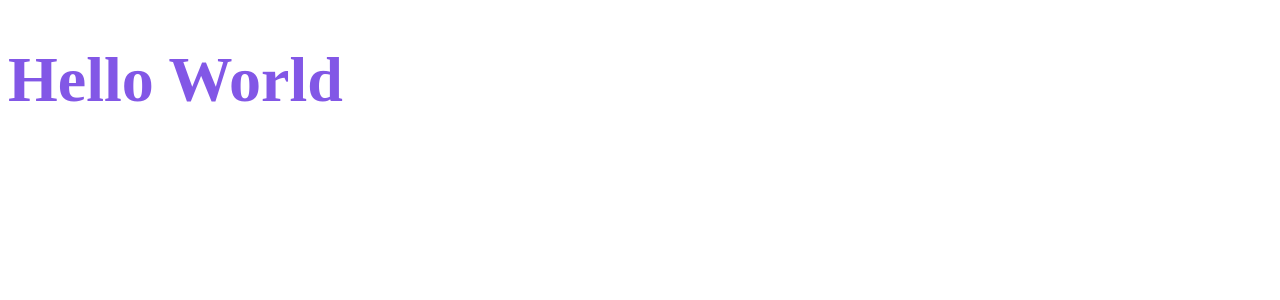
Repository: crbveiga/React
Page: / (app in RocketSeat/dtmoney/)
An editor plug-in stored every save of this project. The page is shown before and after the next save, followed by the edit.
The browser window is 1280 px wide. The pictures show the whole page.
The project was rebuilt for these pictures with package versions that can differ from the ones it lists, and the page was loaded fresh each time.

Above is the page before, as saved 2021-12-05 02:50:36.

### RocketSeat/dtmoney/public/index.html
<!DOCTYPE html>
<html lang="en">
<head>
    <meta charset="UTF-8">
    <meta name="viewport" content="width=device-width, initial-scale=1.0">
    <title>DT MONEY</title>
</head>
<body>
    <div id="root">

    </div>


</body>
</html>

### RocketSeat/dtmoney/src/App.tsx
import styled from 'styled-components'


const Title = styled.h1`
  font-size: 64px;
  color: #8257e6;
`

export function App() {
  return (
    <div className="App">
      <Title> Hello World </Title>
    </div>
  );
}

Loaded but not shown: RocketSeat/dtmoney/src/index.tsx (common file)

After the next save:
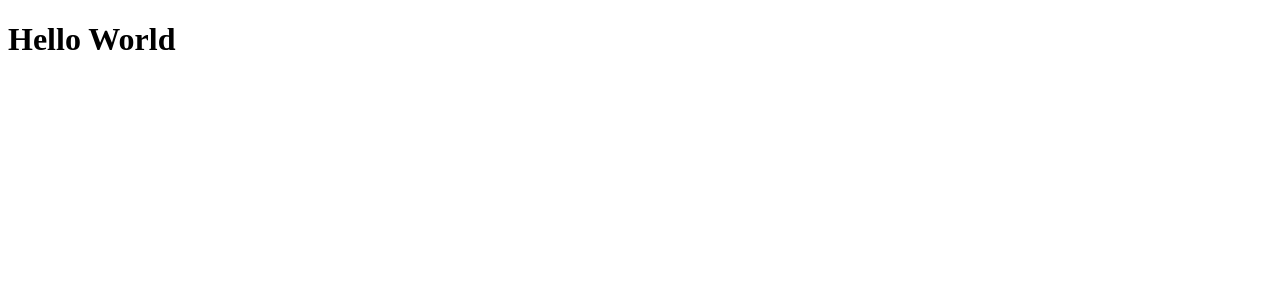
Saved 22 h 41 min later.
--- a/RocketSeat/dtmoney/src/App.tsx
+++ b/RocketSeat/dtmoney/src/App.tsx
@@ -1,15 +1,7 @@
-import styled from 'styled-components'
-
-
-const Title = styled.h1`
-  font-size: 64px;
-  color: #8257e6;
-`
-
 export function App() {
   return (
     <div className="App">
-      <Title> Hello World </Title>
+      <h1> Hello World </h1>
     </div>
   );
 }
